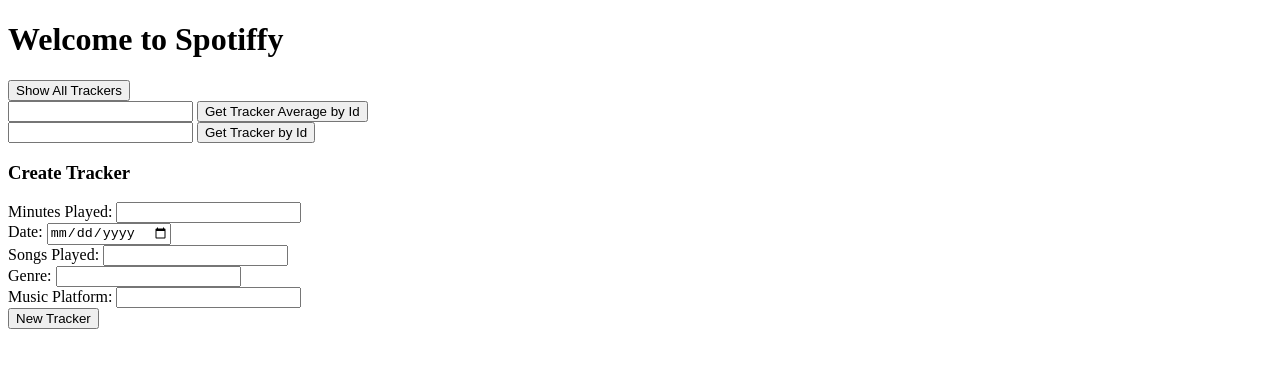
Repository: wcylou/EventTrackerProject
Page: SpotifyREST/src/main/webapp/index.html
An editor plug-in stored every save of this project. The page is shown before and after the next save, followed by the edit.
The browser window is 1280 px wide. The pictures show the whole page.

Above is the page before, as saved 2018-07-19 23:52:42.

### SpotifyREST/src/main/webapp/index.html
<!DOCTYPE html>
<html lang="en" dir="ltr">
  <head>
    <meta charset="utf-8">
    <title></title>
  </head>
  <body>
  <h1>Welcome to Spotiffy</h1>

  <button id ="showAllTrackers">Show All Trackers</button>

  <form name="inputFormAverage">
    <input type="number" name="displayAverageTracker">
    <button name="lookup">Get Tracker Average by Id</button>
  </form>

  <form name="inputForm">
    <input type="number" name="trackerId">
    <button name="lookup">Get Tracker by Id</button>
  </form>

  <h3>Create Tracker</h3>
  <form name="createTrackerForm" id="createTrackerForm">
    Minutes Played: <input type="number" name="minutesPlayed"><br>
    Date: <input type="date" name="date"><br>
    Songs Played: <input type="number" name="songsPlayed"><br>
    Genre: <input type="text" name="genre"><br>
    Music Platform: <input type="text" name="musicPlatform"><br>
    <button name="create">New Tracker</button>
  </form>



  <div id="output">
    <div id="trackerData"></div>
    <div id="trackerAverageData"></div>
    <div id="actorData"></div>
  </div>

   <div id="detail">
    <p id="trackerid"></p>
    <p id="minutesPlayed"></p>
    <p id="date"></p>
    <p id="songsPlayed"></p>
    <p id="genre"></p>
    <p id="musicPlatform"></p>
  </div>


    <script src="js/script.js" charset="utf-8"></script>
  </body>
</html>

### SpotifyREST/src/main/webapp/js/script.js
window.addEventListener('load', function(e) {
  console.log('document loaded');
  init();
});

function init() {
  document.inputForm.lookup.addEventListener('click', function(event) {
    event.preventDefault();
    var trackerId = document.inputForm.trackerId.value;
    if (!isNaN(trackerId) && trackerId > 0) {
      getTracker(trackerId);
    }
  })
    document.inputFormAverage.lookup.addEventListener('click', function(event) {
    event.preventDefault();
    var trackerIdAverage = document.inputFormAverage.displayAverageTracker.value;
    if (!isNaN(trackerIdAverage) && trackerIdAverage > 0) {
      getAverageCost(trackerIdAverage);
    }
  })
  document.createTrackerForm.create.addEventListener('click', function(event) {
	  event.preventDefault();
	  createTracker();
  })
  var btn = document.getElementById('showAllTrackers');
   btn.addEventListener('click', function(event) {
	  event.preventDefault();
	  getAllTrackers();
  })
}

function getAllTrackers() {
	var xhr = new XMLHttpRequest();

	xhr.open('GET', "api/trackers/", true);

	xhr.onreadystatechange = function() {
		if (xhr.readyState === 4 && xhr.status < 400) {
			var trackers = JSON.parse(xhr.responseText);
			displayAllTrackers(trackers);

		}

		if (xhr.readyState === 4 && xhr.status >= 400) {
			console.log("test");
			trackerData.textContent = "Tracker not found";
		}
	};
	xhr.send(null);
}

function getAverageCost(trackerIdAverage) {
	var xhr = new XMLHttpRequest();

	var averageTracker = document.getElementById("trackerAverageData");
	var link = "api/trackers/average/" + trackerIdAverage;
	xhr.open('GET', link, true);

	xhr.onreadystatechange = function() {
		if (xhr.readyState === 4 && xhr.status < 400) {
			var averageText = xhr.responseText;
			displayAverageTracker(averageText);
		}

		if (xhr.readyState === 4 && xhr.status >= 400) {
			var dataDivAverage = document.getElementById('trackerAverageData');
			  dataDivAverage.innerHTML = '';
			trackerData.textContent = "Tracker not found";
		}
	};
	xhr.send(null);
}

function displayAverageTracker(text) {
	  var dataDivAverage = document.getElementById('trackerAverageData');
	  dataDivAverage.innerHTML = '';
	  var li = document.createElement('li');
	  li.textContent = text;
	  dataDivAverage.appendChild(li);
	}

function getTracker(trackerId) {
	var xhr = new XMLHttpRequest();

	var filmData = document.getElementById("trackerId");
	var link = "api/trackers/" + trackerId;
	xhr.open('GET', link, true);

	xhr.onreadystatechange = function() {
		if (xhr.readyState === 4 && xhr.status < 400) {
			var tracker = JSON.parse(xhr.responseText);
			displayTracker(tracker);
			console.log(tracker);
		}

		if (xhr.readyState === 4 && xhr.status >= 400) {
			console.log("test");
			trackerData.textContent = "Tracker not found";
		}
	};
	xhr.send(null);
}

function displayTracker(tracker) {
  var dataDiv = document.getElementById('trackerData');
  dataDiv.textContent = '';

  var header = document.createElement('h1');
  header.textContent = tracker.id;
  var body = document.createElement('blockquote');
  var ul = document.createElement('ul');
  var li = document.createElement('li');
  var li2 = document.createElement('li');
  var li3 = document.createElement('li');
  var li4 = document.createElement('li');
  var li5 = document.createElement('li');
  li.textContent = tracker.minutesPlayed;
  li2.textContent = tracker.date;
  li3.textContent = tracker.songsPlayed;
  li4.textContent = tracker.genre;
  li5.textContent = tracker.musicPlatform;
  ul.appendChild(li);
  ul.appendChild(li2);
  ul.appendChild(li3);
  ul.appendChild(li4);
  ul.appendChild(li5);
  dataDiv.appendChild(header);
  dataDiv.appendChild(body);
  dataDiv.appendChild(ul);
}

function displayAllTrackers(trackers) {
	var divAllTrackers = document.getElementById('trackerData');
	divAllTrackers.innerHTML = '';
	var table = document.createElement('table');
	var tableHead = document.createElement('thead');
	var tableRow = document.createElement('tr');
	var tableHead2 = document.createElement('th');
	var tableHead3 = document.createElement('th');
	var tableHead4 = document.createElement('th');
	var tableHead5 = document.createElement('th');
	var tableHead6 = document.createElement('th');
	var tableHead7 = document.createElement('th');
	tableHead7.textContent = 'ID';
	tableHead2.textContent = 'Minutes Played';
	tableHead3.textContent = 'Date';
	tableHead4.textContent = 'Songs Played';
	tableHead5.textContent = 'Genre';
	tableHead6.textContent = 'Music Platform';
	var tableBody = document.createElement('tbody');

	table.appendChild(tableHead);
	tableHead.appendChild(tableRow);
	tableRow.appendChild(tableHead7);
	tableRow.appendChild(tableHead2);
	tableRow.appendChild(tableHead3);
	tableRow.appendChild(tableHead4);
	tableRow.appendChild(tableHead5);
	tableRow.appendChild(tableHead6);
	table.appendChild(tableBody);
	divAllTrackers.appendChild(table);
	document.body.appendChild(divAllTrackers);


	for(let i = 0; i < trackers.length; i++) {
	    var tableRow2 = document.createElement('tr');
	    tableRow2.addEventListener('click', function(e) {

	    	var idRow = document.getElementById('trackerid');
		    idRow.textContent = 'Id: ' + trackers[i].id;
	    	var minutesPlayedRow = document.getElementById('minutesPlayed');
		    minutesPlayedRow.textContent = 'Minutes Played: ' + trackers[i].minutesPlayed;
		    var dateRow = document.getElementById('date');
		    dateRow.textContent = 'Date: ' + trackers[i].date;
		    var songsPlayedRow = document.getElementById('songsPlayed');
		    songsPlayedRow.textContent = 'Songs Played: ' + trackers[i].songsPlayed;
		    var genreRow = document.getElementById('genre');
		    genreRow.textContent = 'Genre: ' + trackers[i].genre;
		    var musicPlatformRow = document.getElementById('musicPlatform');
		    musicPlatformRow.textContent = 'Music Platform: ' + trackers[i].musicPlatform;

		    var formSingle = document.createElement('form');
		    formSingle.id = 'formSingle';
		    var minutesPlayedInput = document.createElement('input');
		    minutesPlayedInput.type = 'number';
		    minutesPlayedInput.id = 'minutesPlayedInput';
		    var dateInput = document.createElement('input');
		    dateInput.type = 'date';
		    dateInput.id = 'dateNew';
		    var songsPlayedInput = document.createElement('input');
		    songsPlayedInput.type = 'number';
		    songsPlayedInput.id = 'songsPlayedNew';
		    var genreInput = document.createElement('input');
		    genreInput.type = 'text';
		    genreInput.id = 'genreNew';
		    var musicPlatformInput = document.createElement('input');
		    musicPlatformInput.type = 'text';
		    musicPlatformInput.id = 'musicPlatformNew';

		    minutesPlayedRow.appendChild(minutesPlayedInput);
		    dateRow.appendChild(dateInput);
		    songsPlayedRow.appendChild(songsPlayedInput);
		    genreRow.appendChild(genreInput);
		    musicPlatformRow.appendChild(musicPlatformInput);
		    document.body.appendChild(formSingle);

		    var updatebtn = document.createElement('button');
		    updatebtn.textContent = 'Update';
		    musicPlatformRow.appendChild(updatebtn);
		    updatebtn.addEventListener('click', function(e) {
		    	trackers[i].minutesPlayed = document.getElementById('minutesPlayedInput').value;
		    	trackers[i].date = document.getElementById('dateNew').value;
		    	trackers[i].songsPlayed = document.getElementById('songsPlayedNew').value;
		    	trackers[i].genre = document.getElementById('genreNew').value;
		    	trackers[i].musicPlatform = document.getElementById('musicPlatformNew').value;

		    	var xhr = new XMLHttpRequest();
		    	var link = "api/trackers/" + trackers[i].id;
		    	console.log(trackers[i]);
		    	xhr.open("PATCH", link, true);
		    	xhr.setRequestHeader("Content-Type", "application/json");
		    	xhr.onreadystatechange = function() {
		    		if (xhr.readyState === 4 && xhr.status < 400) {
		    			var tracker = JSON.parse(xhr.responseText);
		    			getAllTrackers();
		    		}
		    		if (xhr.readyState === 4 && xhr.status >= 400) {
		    			trackerInfoData.textContent = "tracker not created";
		    		}
		    	};
		    	xhr.send(JSON.stringify(trackers[i]));
		    })

		    var deletebtn = document.createElement('button');
		    deletebtn.textContent = 'Delete';
		    musicPlatformRow.appendChild(deletebtn);

		    deletebtn.addEventListener('click', function(e) {
		    	var xhr = new XMLHttpRequest();
		    	var link = "api/trackers/" + trackers[i].id;
		    	xhr.open("DELETE", link, true);
		    	xhr.setRequestHeader("Content-Type", "application/json");
		    	xhr.onreadystatechange = function() {
		    		if (xhr.readyState === 4 && xhr.status < 400) {
		    			var singleTracker = document.getElementById('detail');
		    	    	singleTracker.innerHTML = '';
		    			getAllTrackers();
		    		}
		    		if (xhr.readyState === 4 && xhr.status >= 400) {
		    			trackerInfoData.textContent = "tracker not deleted";
		    		}
		    	};
		    	xhr.send(null);
		    })

	    })
	    var tableData6 = document.createElement('td');
	    var tableData = document.createElement('td');
	    var tableData2 = document.createElement('td');
	    var tableData3 = document.createElement('td');
	    var tableData4 = document.createElement('td');
	    var tableData5 = document.createElement('td');
	    tableData6.textContent = trackers[i].id;
	    tableData.textContent = trackers[i].minutesPlayed;
	    tableData2.textContent = trackers[i].date;
	    tableData3.textContent = trackers[i].songsPlayed;
	    tableData4.textContent = trackers[i].genre;
	    tableData5.textContent = trackers[i].musicPlatform;
	    tableRow2.appendChild(tableData6);
	    tableRow2.appendChild(tableData);
	    tableRow2.appendChild(tableData2);
	    tableRow2.appendChild(tableData3);
	    tableRow2.appendChild(tableData4);
	    tableRow2.appendChild(tableData5);
	    tableBody.appendChild(tableRow2);
	}

	}


function createTracker() {
	var form = document.getElementById('createTrackerForm');
	var tracker = {};
	tracker.minutesPlayed = Number(form.minutesPlayed.value);
	tracker.date = form.date.value;
	tracker.songsPlayed = Number(form.songsPlayed.value);
	tracker.genre = form.genre.value;
	tracker.musicPlatform = form.musicPlatform.value;
	console.log(tracker);
	var xhr = new XMLHttpRequest();
	xhr.open("POST", "api/trackers", true);
	xhr.setRequestHeader("Content-Type", "application/json");
	xhr.onreadystatechange = function() {
		if (xhr.readyState === 4 && xhr.status < 400) {
			var tracker = JSON.parse(xhr.responseText);
			displayTracker(tracker);
		}

		if (xhr.readyState === 4 && xhr.status >= 400) {
			trackerInfoData.textContent = "Tracker not created";
		}
	};
	xhr.send(JSON.stringify(tracker));
}

After the next save:
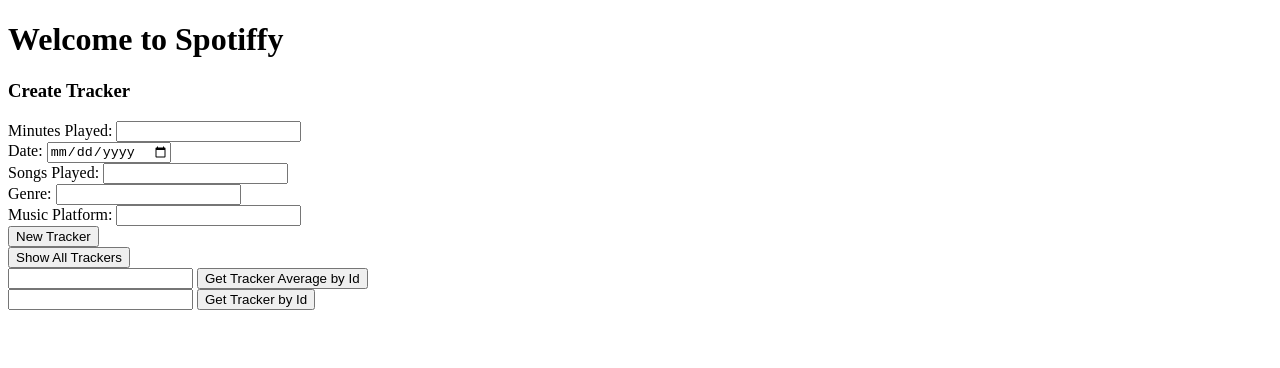
Saved 37 min 31 s later.
--- a/SpotifyREST/src/main/webapp/index.html
+++ b/SpotifyREST/src/main/webapp/index.html
@@ -7,7 +7,18 @@
   <body>
   <h1>Welcome to Spotiffy</h1>
 
+   <h3>Create Tracker</h3>
+  <form name="createTrackerForm" id="createTrackerForm">
+    Minutes Played: <input type="number" name="minutesPlayed"><br>
+    Date: <input type="date" name="date"><br>
+    Songs Played: <input type="number" name="songsPlayed"><br>
+    Genre: <input type="text" name="genre"><br>
+    Music Platform: <input type="text" name="musicPlatform"><br>
+    <button name="create">New Tracker</button>
+  </form>
+
   <button id ="showAllTrackers">Show All Trackers</button>
+
 
   <form name="inputFormAverage">
     <input type="number" name="displayAverageTracker">
@@ -18,18 +29,6 @@
     <input type="number" name="trackerId">
     <button name="lookup">Get Tracker by Id</button>
   </form>
-
-  <h3>Create Tracker</h3>
-  <form name="createTrackerForm" id="createTrackerForm">
-    Minutes Played: <input type="number" name="minutesPlayed"><br>
-    Date: <input type="date" name="date"><br>
-    Songs Played: <input type="number" name="songsPlayed"><br>
-    Genre: <input type="text" name="genre"><br>
-    Music Platform: <input type="text" name="musicPlatform"><br>
-    <button name="create">New Tracker</button>
-  </form>
-
-
 
   <div id="output">
     <div id="trackerData"></div>
